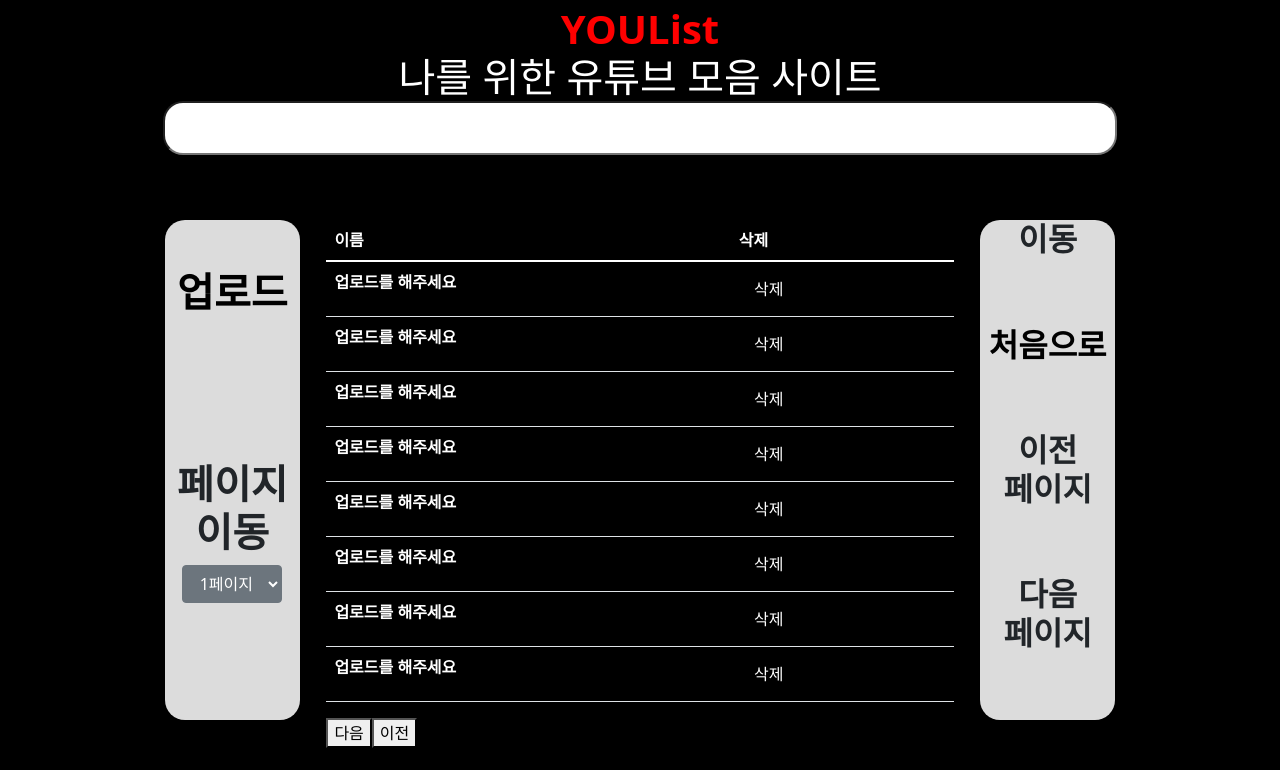
Repository: sojihwan/YouList
Page: / (app in youlist/)
An editor plug-in stored every save of this project. The page is shown before and after a run of saves, followed by the edit.
The browser window is 1280 px wide. The pictures show the whole page.
The project was rebuilt for these pictures with package versions that can differ from the ones it lists, and the page was loaded fresh each time. Also part of the build but not shown: youlist/src/App.css, youlist/src/Body/View.js, youlist/src/Body/Uplode.js.

Above is the page before, as saved 2022-05-20 13:25:57.

### youlist/src/index.css
body {
  margin: 0;
  font-family: -apple-system, BlinkMacSystemFont, 'Segoe UI', 'Roboto', 'Oxygen',
    'Ubuntu', 'Cantarell', 'Fira Sans', 'Droid Sans', 'Helvetica Neue',
    sans-serif;
  -webkit-font-smoothing: antialiased;
  -moz-osx-font-smoothing: grayscale;
}

code {
  font-family: source-code-pro, Menlo, Monaco, Consolas, 'Courier New',
    monospace;
}

html{
  background-color: black;
}

### youlist/src/App.js
/* eslint-disable no-sequences */

import './App.css';
import 'bootstrap/dist/css/bootstrap.css';
import React,{useState} from 'react'
import { Route } from 'react-router';
import Header from './Header/Header'
import RightNav from './Nav/RightNav'
import Body from './Body/Body'
import View from './Body/View';
import LeftNav from './Nav//LeftNav'
import Uplode from './Body/Uplode';

function App() {
  const [value, setValue] = useState("");
  return (
    <div style={{backgroundColor:"black"}}>
      <Header></Header>
      <div style={{width:'70%',position:'absolute',top:'220',left:'15%'}}>
      <RightNav></RightNav>
      <Route path ="/View"  component={() => <View value={value}/>}/>
      <Route path ="/Uplode" component = {()=> <Uplode/>} />
      <LeftNav setValue={setValue}></LeftNav>
      <Route path ="/" component = {()=> <Body setValue={setValue}/>} exact/>
      </div>
    </div>
  );
}

export default App;

### youlist/src/Header/Header.js
import React,{useState} from 'react';
import 'bootstrap/dist/css/bootstrap.css';
import '../CSS/Div.css'

function Header (){
  const [Log, setLog] = useState('');
  const onChange = (e) => {
    setLog(e.target.value);
  };
  const handleKeyPress = e => {
    if(e.key === 'Enter') {
      setLog('');
    }
  }
    return(
      <header className='Headercss'>
        <h1 style={{textAlign:'center',color:"#ffffff"}}>
          <strong style={{color:"red"}}>YOUList</strong>
          <br/>나를 위한 유튜브 모음 사이트
          <br/>
          <input
            style={{width:"74.5%",textAlign:"center",borderRadius:"20PX"}}
            onKeyPress={handleKeyPress}
            name="select"
            onChange={onChange}
            value={Log}>
          </input>
          </h1>
      </header>
    )
  }

export default Header;

### youlist/src/Nav/RightNav.js
import React from 'react';
import 'bootstrap/dist/css/bootstrap.css';
import { Link } from 'react-router-dom';
import '../CSS/Div.css'
import '../CSS/Link.css'

function RightNav (){

  return(
    <nav className="RightNav">
      <h1 style={{textAlign:'center'}}>
        <br/>
        <Link to="/uplode"className="Link1">
        <strong>업로드</strong>
        </Link>
        <br/>
        <br/>
        <br/>
        <br/>
        <div>
          <b>페이지<br/>이동</b>
        <select className="btn btn-secondary dropdown-toggle"style={{textAlign:"center"}}>
          <option value={1}>1페이지</option>
          <option value={2}>2페이지</option>
          <option value={3}>3페이지</option>
          <option value={4}>4페이지</option>
        </select>
        </div>
        </h1>
    </nav>
  )
}
export default RightNav;

### youlist/src/Body/Body.js
import React, { useState } from 'react';
import 'bootstrap/dist/css/bootstrap.css';
import '../CSS/Div.css'
import '../CSS/Link.css'
import { Link } from 'react-router-dom';

export function Body(props) {

  let a = 0;
  let b = 1;
  let c = 2;
  let d = 3;
  let e = 4;
  let f = 5;
  let g = 6;
  let j = 7;
  const [lists, setLists] = useState([
        JSON.parse(localStorage.getItem(a)),
        JSON.parse(localStorage.getItem(b)),
        JSON.parse(localStorage.getItem(c)),
        JSON.parse(localStorage.getItem(d)),
        JSON.parse(localStorage.getItem(e)),
        JSON.parse(localStorage.getItem(f)),
        JSON.parse(localStorage.getItem(g)),
        JSON.parse(localStorage.getItem(j))
    ]);
   const [Pnum,setPNum] = useState(0);
    function beforepage(){
      if(Pnum===0 || Pnum<=0 ){
        setPNum(0)
        NaxtsetLists();
        alert('이전 페이지는 없습니다.')
        return 0;
      }
      for(let addnum=0;addnum<=Pnum-2; addnum++){
        a = a + 8;
        b = b + 8;
        c = c + 8;
        d = d + 8;
        e = e + 8;
        f = f + 8;
        g = g + 8;
        j = j + 8;
      }
      console.log(a)
      setPNum(Pnum-1)
      NaxtsetLists()
    }
    function NaxtsetLists(){
      setLists([
        JSON.parse(localStorage.getItem(a)),
        JSON.parse(localStorage.getItem(b)),
        JSON.parse(localStorage.getItem(c)),
        JSON.parse(localStorage.getItem(d)),
        JSON.parse(localStorage.getItem(e)),
        JSON.parse(localStorage.getItem(f)),
        JSON.parse(localStorage.getItem(g)),
        JSON.parse(localStorage.getItem(j))
      ]);
    }
    function nextpage(){
      setPNum(Pnum+1)
      for(let addnum=0;addnum<=Pnum; addnum++){
        a = a + 8;
        b = b + 8;
        c = c + 8;
        d = d + 8;
        e = e + 8;
        f = f + 8;
        g = g + 8;
        j = j + 8;
      }
      if(JSON.parse(localStorage.getItem(a))===null){
        alert("다음 페이지는 없습니다.");
        return 0;
      }
      console.log(a)
      NaxtsetLists()
    }

    const onRemomve = like => {
    var i = 0;
    var s
    for(i=0;i<=localStorage.length-1;i++){
      s = JSON.parse(localStorage.getItem(`${i}`));
      if(s.like === like){
        break;
      }
    }
    localStorage.removeItem(i);
  }

  return (
    <div className="Bodydiv">
      <table className="table table-striped" style={{ color: "#FFFFFF" }} name="list1" >
        <thead>
          <tr>
            <th>이름</th>
            <th>삭제</th>
          </tr>
        </thead>
        <tbody>
          {
            lists.map((item,index) => {
              return(
                <tr key={index}>
                  <td>
                    <Link to="/View" className="Link">
                      <b onClick={() =>{if(item != null){props.setValue(item.like)}}}>
                       {item===null ? '업로드를 해주세요' : item.title }
                      </b>
                    </Link>
                  </td>
                  <td><button className='btn btn-default' style={{color:'#FFFFFF',width:'60px'}} onClick={()=>{if(item !== null){onRemomve(item.like)}}}>삭제</button></td>
                </tr>
              );
            }
            )
          }
        </tbody>
      </table>
      <button onClick={nextpage}>다음</button>
      <button onClick={beforepage}>이전</button>
    </div>
  )
}

export default React.memo(Body);

### youlist/src/Nav/LeftNav.js
import React from 'react';
import 'bootstrap/dist/css/bootstrap.css';
import { Link } from 'react-router-dom';
import '../CSS/Div.css'
import '../CSS/Link.css'
import Body from '../Body/Body';

function LeftNav (props){

  return(
    <nav className="LeftNav">
      <h2 className='LeftH1'>
        <strong>이동</strong>
        <div className='LeftNavDiv'>
          <Link to="/"className="Link1"><b>처음으로</b></Link><br/>
        </div>
        <div className='LeftNavDiv'>
          <b onClick={Body.beforepage}>이전</b><br/>
          <b onClick={Body.beforepage}>페이지</b>
        </div>
        <div className='LeftNavDiv'>
          <b onClick={Body.nextpage}>다음</b><br/>
          <b onClick={Body.nextpage}>페이지</b>
        </div>
        </h2>
    </nav>
  )
}
export default LeftNav;

### youlist/src/CSS/Div.css
.Uplodediv{
  padding-left:7%;
  background:#000000;
  width:70%;
  height:550px;
  position:absolute;
  top:0px;
  left:20%;
  color:#FFFFFF
}
.Bodydiv{
  background:#000000;
  width:70%;
  height:550px;
  position:absolute;
  left:15%;
  top:0px;
}
.DIVVIEW{
  padding:5px;
  background:#000000;
  width:70%;
  height:550px;
  position:absolute;
  top:0px;
  left:15%;
}
.Headercss{
  background:#000000;
  height:220px;
  padding-top:5px;
}
.LeftNav{
  border-radius:20px;
  background:#DCDCDC;
  width:15%;
  height:500px;
  position:absolute;
  left:88%;
  top:0px;
}
.LeftH1{
  text-Align:center;
}
.RightNav{
  background:#DCDCDC;
  width:15%;
  position:absolute;
  height:500px;
  left: -3%;
  border-radius:20PX;
}

.LeftNavDiv{
  width: 100%;
  margin-top: 50%;
}

### youlist/src/CSS/Link.css
.Link{
  text-decoration:none;
  color:#FFFFFF;
}
.Link:hover{
  text-decoration:none;
  color:#FFFFFF;
}
.Link1{
  text-decoration:none;
  color:#000000;
}
.Link1:hover{
  text-decoration:none;
  color:#000000;
}

Loaded but not shown: youlist/public/index.html (common file); youlist/src/index.js (common file); youlist/src/reportWebVitals.js (common file)

After the next 2 saves:
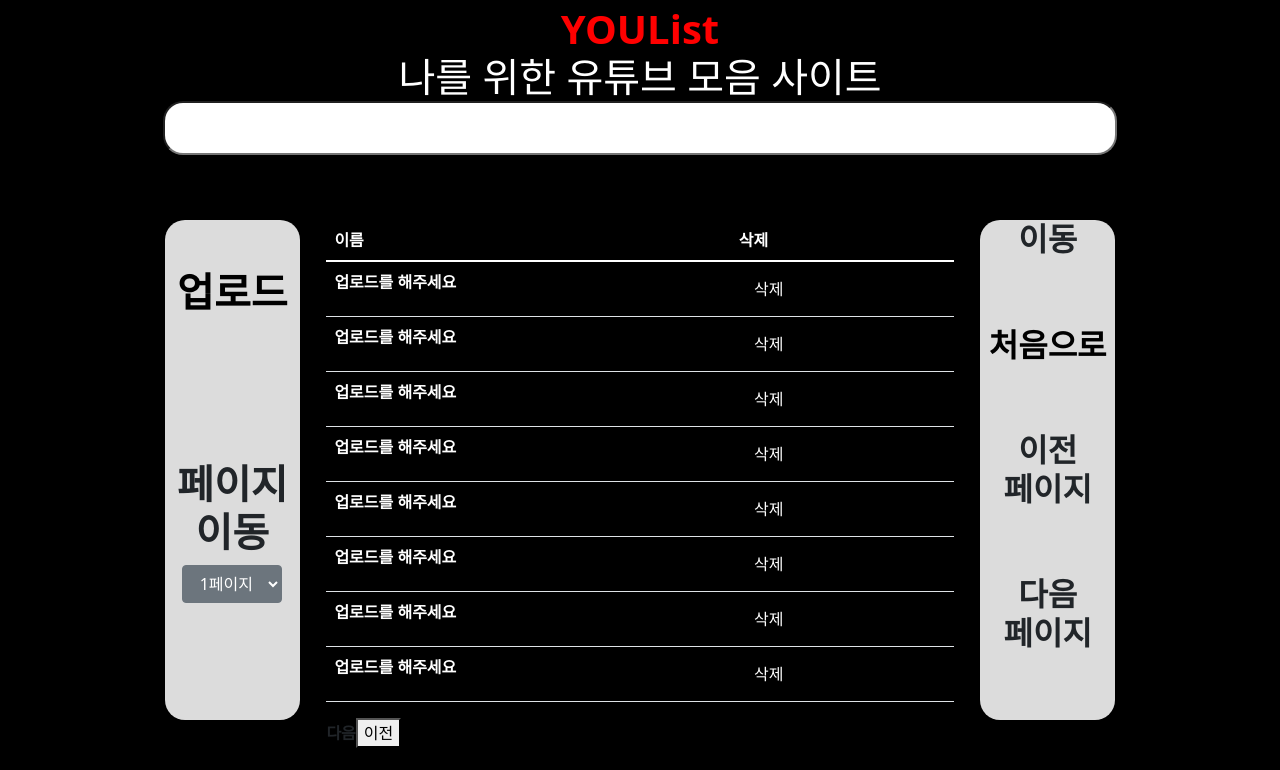
The 2 saves are shown as one change because they came seconds apart.
The last was saved 2 min 22 s later.
--- a/youlist/src/Body/Body.js
+++ b/youlist/src/Body/Body.js
@@ -119,7 +119,7 @@ export function Body(props) {
           }
         </tbody>
       </table>
-      <button onClick={nextpage}>다음</button>
+      <b onClick={nextpage}>다음</b>
       <button onClick={beforepage}>이전</button>
     </div>
   )
